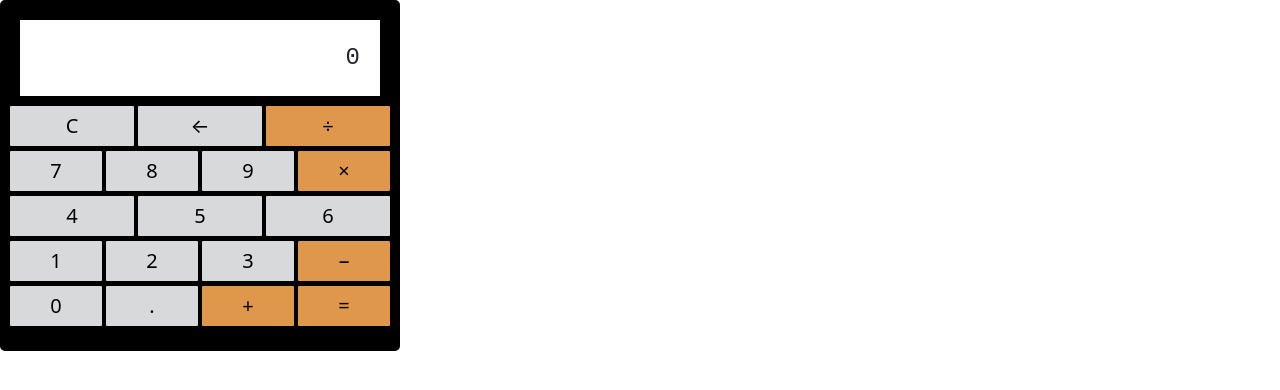
Repository: jgramirez0210/LAB-calculator
Page: index.html
An editor plug-in stored every save of this project. The page is shown before and after a run of saves, followed by the edit.
The browser window is 1280 px wide. The pictures show the whole page.

Above is the page before, as saved 2023-10-10 21:11:56.

After the next 2 saves:
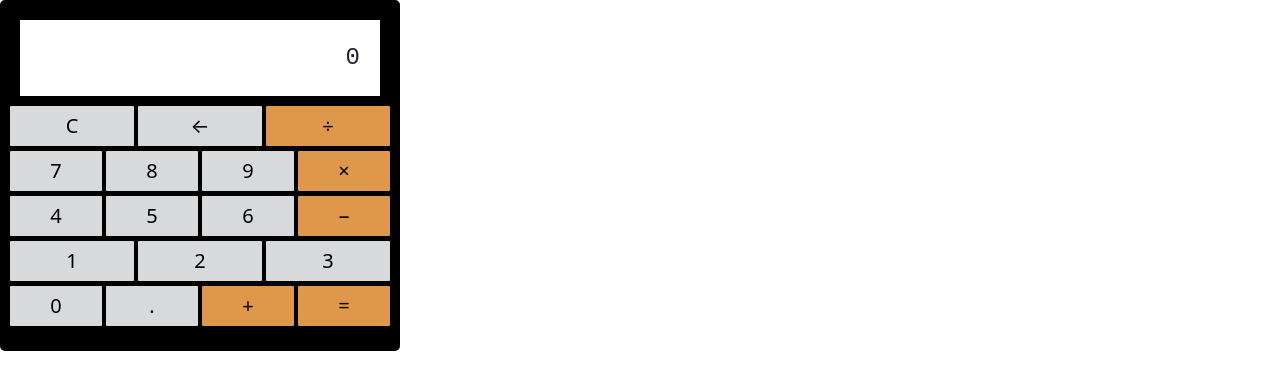
The 2 saves are shown as one change because they came seconds apart.
The last was saved 10 s later.
--- a/index.html
+++ b/index.html
@@ -25,13 +25,13 @@
         <button>4</button>
         <button>5</button>
         <button>6</button>
-
+        <button class="function" id="subtract">&#8722;</button>
     </div>
     <div class="row">
         <button>1</button>
         <button>2</button>
         <button>3</button>
-        <button class="function" id="subtract">&#8722;</button>
+
     </div>
     <div class="row">
         <button>0</button>
